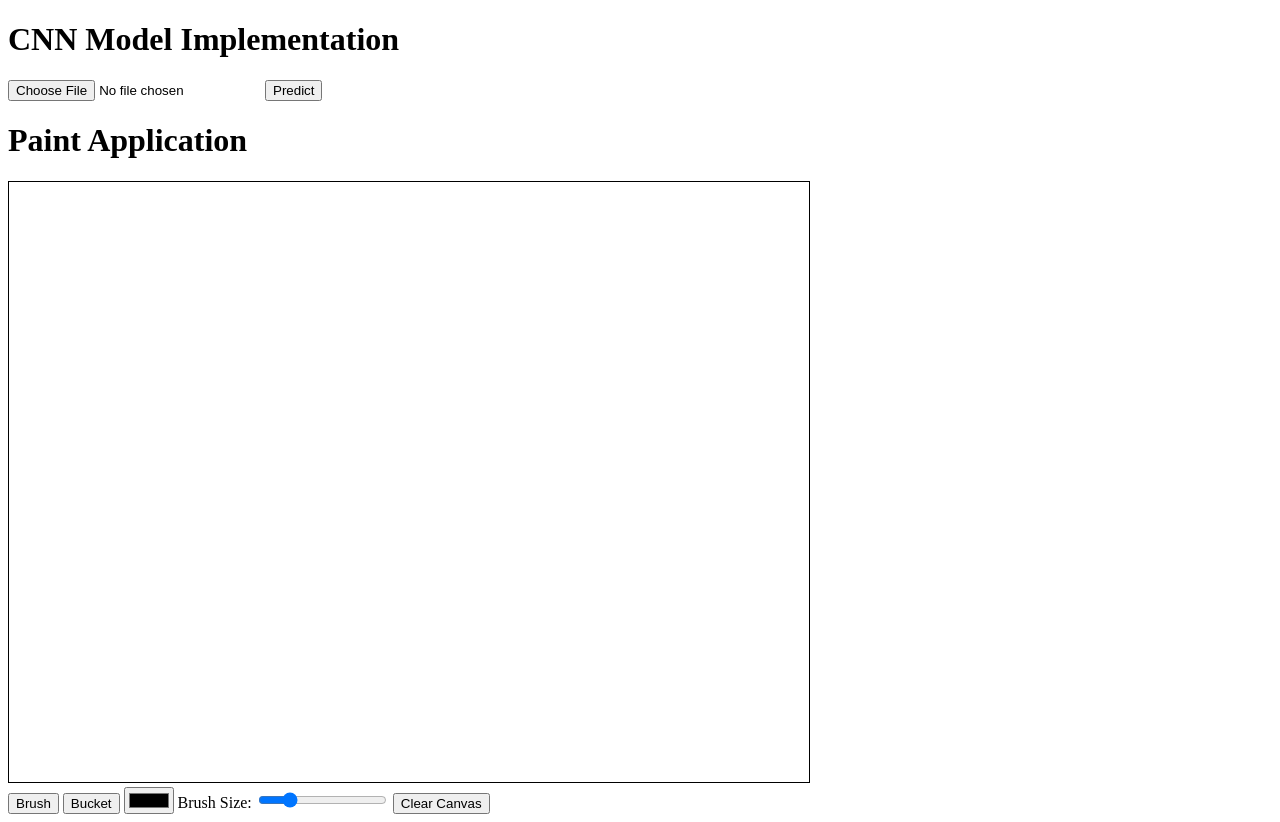
Repository: choobrendan/Flag-Guesser
Page: http://localhost/
These files come from the project's save history. The page is drawn as it stood at one moment and after a run of saves; the edit follows.
The browser window is 1280 px wide. The pictures show the whole page.
The page is served by the project's application, run on Flask 3 (app.py).

Above is the page before, as saved 2023-08-27 18:33:43.

After the next 2 saves:
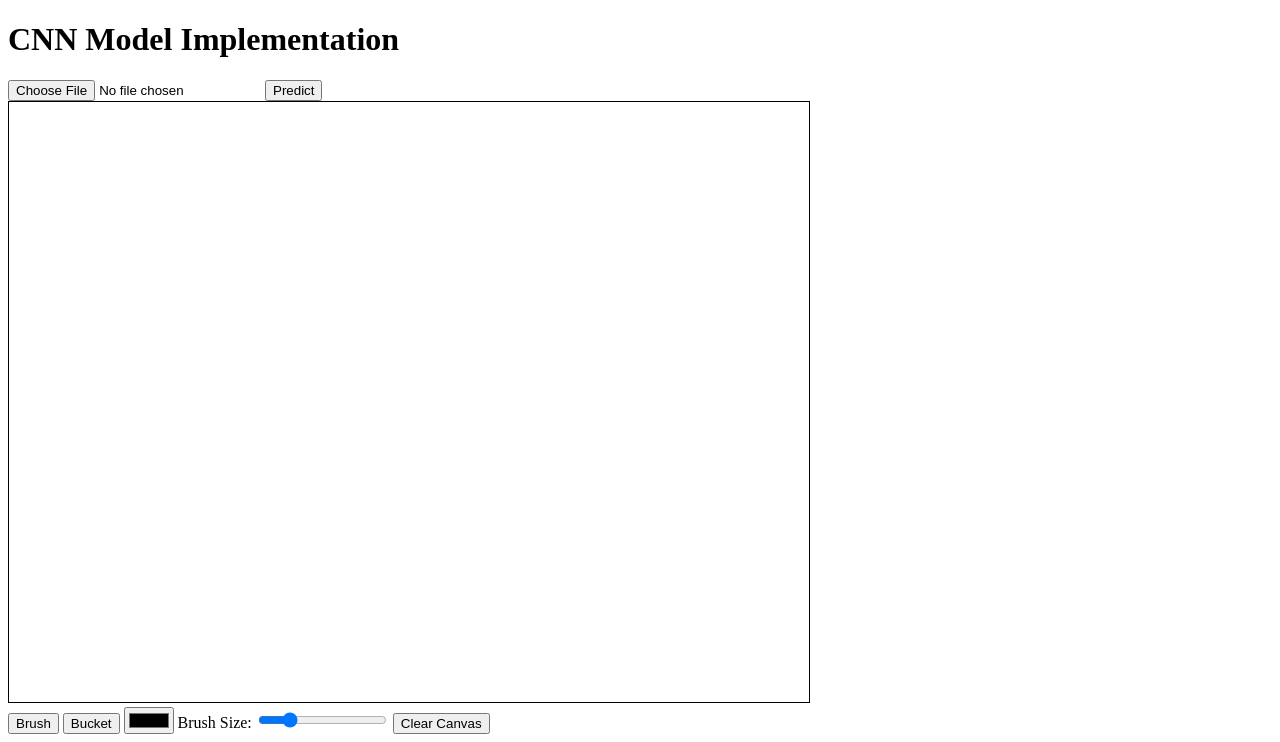
The 2 saves are shown as one change because they came seconds apart.
The last was saved 30 s later.
--- a/templates/index.html
+++ b/templates/index.html
@@ -71,8 +71,6 @@
     </style>
 </head>
 <body>
-    <h1>Paint Application</h1>
-
     <canvas id="paint-canvas" width="800" height="600"></canvas>
 
     <div id="paint-controls">
